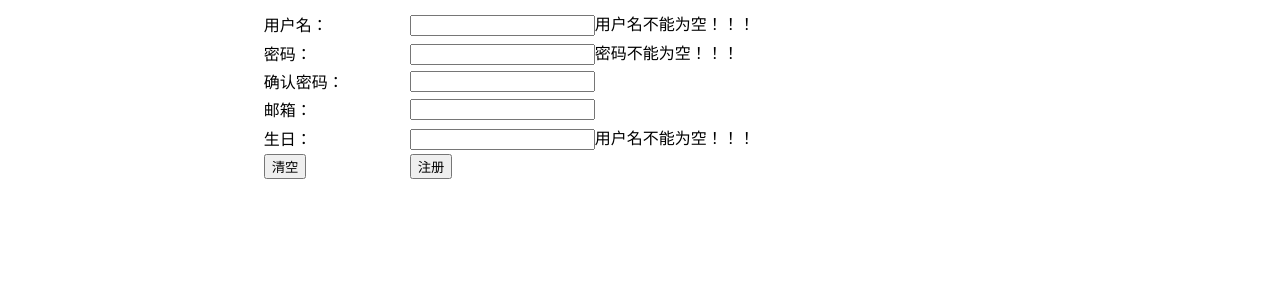
Repository: wsws1996/myproject
Page: http://localhost/day09_user/servlet/RegisterServlet
An editor plug-in stored every save of this project. The page is shown before and after the next save, followed by the edit.
The browser window is 1280 px wide. The pictures show the whole page.
The page is served by Tomcat 9. Other server files are loaded and not shown.

Above is the page before, as saved 2015-11-19 15:28:05.

### java/workspace/day09_user/WebRoot/WEB-INF/jsp/register.jsp
<%@ page language="java" import="java.util.*" pageEncoding="UTF-8"%>

<!DOCTYPE HTML PUBLIC "-//W3C//DTD HTML 4.01 Transitional//EN">
<html>
<head>

<title>用户注册</title>

</head>

<body style="text-align: center;">
	<form
		action="${pageContext.request.contextPath }/servlet/RegisterServlet"
		method="post">
		<table align="center" width="60%">
			<tr>
				<td>用户名：</td>
				<td><input type="text" name="username">${formbean.errors.username }</td>
			</tr>
			<tr>
				<td>密码：</td>
				<td><input type="password" name="password">${formbean.errors.password }</td>
			</tr>
			<tr>
				<td>确认密码：</td>
				<td><input type="password" name="password2">${formbean.errors.password2 }</td>
			</tr>
			<tr>
				<td>邮箱：</td>
				<td><input type="text" name="email">${formbean.errors.email }</td>
			</tr>
			<tr>
				<td>生日：</td>
				<td><input type="text" name="birthday">${formbean.errors.username}</td>
			</tr>
			<tr>
				<td><input type="reset" value="清空"></td>
				<td><input type="submit" value="注册"></td>
			</tr>
		</table>
	</form>
</body>
</html>

### java/workspace/day09_user/src/cn/wang/web/controller/RegisterServlet.java
package cn.wang.web.controller;

import java.io.IOException;

import javax.servlet.ServletException;
import javax.servlet.http.HttpServlet;
import javax.servlet.http.HttpServletRequest;
import javax.servlet.http.HttpServletResponse;

import cn.wang.utils.WebUtils;
import cn.wang.web.formbean.RegisterFormBean;

public class RegisterServlet extends HttpServlet {

	public void doGet(HttpServletRequest request, HttpServletResponse response)
			throws ServletException, IOException {
		RegisterFormBean formBean = WebUtils.request2Bean(request,
				RegisterFormBean.class);
		if (!formBean.validate()) {
			request.setAttribute("formbean", formBean);
			request.getRequestDispatcher("/WEB-INF/jsp/register.jsp").forward(request, response);
		}

	}

	public void doPost(HttpServletRequest request, HttpServletResponse response)
			throws ServletException, IOException {

		doGet(request, response);
	}

	/**
	 * Initialization of the servlet. <br>
	 *
	 * @throws ServletException
	 *             if an error occurs
	 */
	public void init() throws ServletException {
		// Put your code here
	}

}

### java/workspace/day09_user/src/cn/wang/web/formbean/RegisterFormBean.java
package cn.wang.web.formbean;

import java.util.HashMap;
import java.util.Map;

import javax.persistence.Id;

import org.apache.commons.beanutils.locale.converters.DateLocaleConverter;

public class RegisterFormBean {
	private String username;
	private String password;
	private String password2;
	private String email;
	private String birthday;

	private Map<String, String> errors = new HashMap();

	public Map<String, String> getErrors() {
		return errors;
	}

	public void setErrors(Map<String, String> errors) {
		this.errors = errors;
	}

	public String getUsername() {
		return username;
	}

	public void setUsername(String username) {
		this.username = username;
	}

	public String getPassword() {
		return password;
	}

	public void setPassword(String password) {
		this.password = password;
	}

	public String getPassword2() {
		return password2;
	}

	public void setPassword2(String password2) {
		this.password2 = password2;
	}

	public String getEmail() {
		return email;
	}

	public void setEmail(String email) {
		this.email = email;
	}

	public String getBirthday() {
		return birthday;
	}

	public void setBirthday(String birthday) {
		this.birthday = birthday;
	}

	public boolean validate() {
		boolean isOK = true;

		if (this.username == null || this.username.trim().equals("")) {
			isOK = false;
			errors.put("username", "用户名不能为空！！！");
		} else {
			if (!this.username.matches("[a-zA-Z]{3,8}")) {
				isOK = false;
				errors.put("username", "用户名必须是3-8位的字母！！！");
			}
		}
		if (this.password == null || this.password.trim().equals("")) {
			isOK = false;
			errors.put("password", "密码不能为空！！！");
		} else {
			if (!this.password.matches("\\d{3,8}")) {
				isOK = false;
				errors.put("password", "密码必须是3-8位的数字！！！");
			}
		}
		if (this.password2 != null) {
			if (!this.password.equals(this.password2)) {
				isOK = false;
				errors.put("password2", "两次密码不一致！！！");
			}
		}
		if (this.email != null) {
			if (!this.email.matches("\\w+@\\w+(\\.\\w)+")) {
				isOK = false;
				errors.put("email", "邮箱不是一个合法邮箱！！！");
			}
		}
		if (this.birthday != null) {
			try {
				DateLocaleConverter converter = new DateLocaleConverter();
				converter.convert(this.birthday);
			} catch (Exception e) {
				isOK = false;
				errors.put("birthday", "生日必须要是一个日期！！！");
			}
		}
		return isOK;
	}

}

### java/workspace/day09_user/src/cn/wang/utils/WebUtils.java
package cn.wang.utils;

import java.util.Enumeration;

import javax.servlet.http.HttpServletRequest;

import org.apache.commons.beanutils.BeanUtils;

import cn.wang.web.formbean.RegisterFormBean;

public class WebUtils {
	public static <T> T request2Bean(HttpServletRequest request, Class<T> clazz) {
		try {
			T bean = clazz.newInstance();
			Enumeration enumeration = request.getParameterNames();
			while (enumeration.hasMoreElements()) {
				String name = (String) enumeration.nextElement();
				String value = request.getParameter(name);
				BeanUtils.setProperty(bean, name, value);
			}
			return bean;
		} catch (Exception e) {
			// TODO: handle exception
			throw new RuntimeException(e);
		}
	}
}

After the next save:
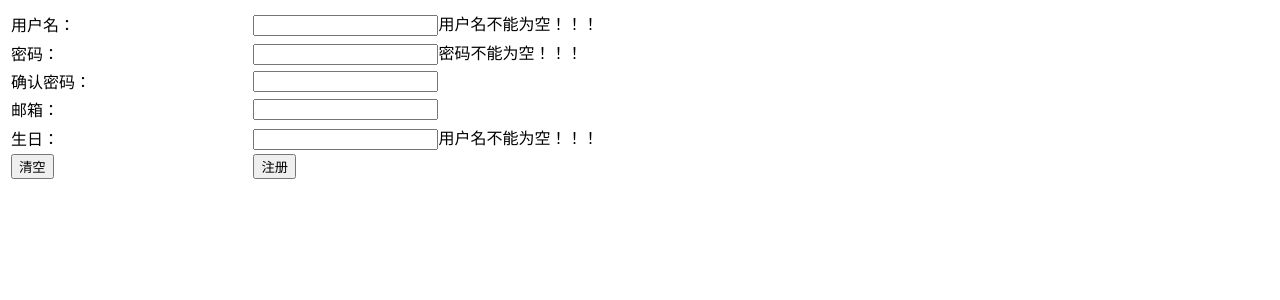
Saved 8 min 17 s later.
--- a/java/workspace/day09_user/WebRoot/WEB-INF/jsp/register.jsp
+++ b/java/workspace/day09_user/WebRoot/WEB-INF/jsp/register.jsp
@@ -12,7 +12,7 @@
 	<form
 		action="${pageContext.request.contextPath }/servlet/RegisterServlet"
 		method="post">
-		<table align="center" width="60%">
+		<table align="center" width="100%">
 			<tr>
 				<td>用户名：</td>
 				<td><input type="text" name="username">${formbean.errors.username }</td>
